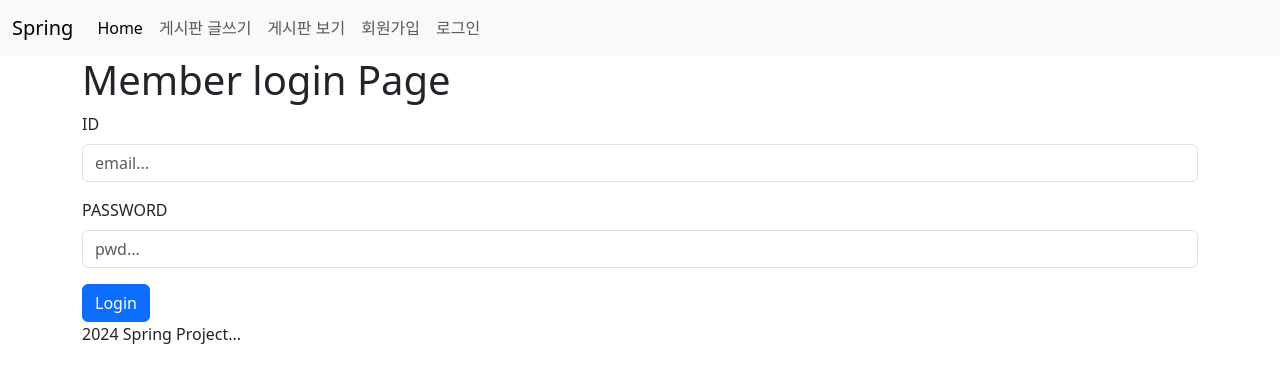
Repository: wanted2001/spring2_project
Page: http://localhost/spring_test2/WEB-INF/views/user/login.jsp
An editor plug-in stored every save of this project. The page is shown before and after the next save, followed by the edit.
The browser window is 1280 px wide. The pictures show the whole page.
The page is served by Tomcat 9. Nobody is signed in. Other server files are loaded and not shown. The template is opened directly, without the code that normally fills it, so the values that code supplies are empty.

Above is the page before, as saved 2024-05-08 05:34:40.

### spring_test2/src/main/webapp/WEB-INF/views/user/login.jsp
<%@ page language="java" contentType="text/html; charset=UTF-8"
	pageEncoding="UTF-8"%>
<%@ taglib uri="http://java.sun.com/jsp/jstl/core" prefix="c"%>
<jsp:include page="../layout/header.jsp" />
<div class="container-md">
	<h1>Member login Page</h1>
	<form action="/user/login" method="post">
		<div class="mb-3">
			<label for="i" class="form-label">ID</label> <input type="text"
				class="form-control" name="email" id="e" placeholder="email...">
		</div>
		<div class="mb-3">
			<label for="p" class="form-label">PASSWORD</label> <input
				type="password" class="form-control" name="pwd" id="p"
				placeholder="pwd...">
		</div>
		<c:if test="${not empty param.errMsg }">
			<div class="mb-3 text-danger">
				<c:choose>
					<c:when test="${param.errMsg eq 'Bad credentials'}">
						<c:set value="이메일 & 비밀번호가 일치하지 않습니다." var="errText"></c:set>
					</c:when>
					<c:otherwise>
						<c:set value="괸리자에게 문의하세요." var="errText"></c:set>
					</c:otherwise>
				</c:choose>
				${errText }
			</div>
		</c:if>

		<button type="submit" class="btn btn-primary">Login</button>
	</form>
</div>
<jsp:include page="../layout/footer.jsp" />

### spring_test2/src/main/webapp/WEB-INF/views/layout/header.jsp
<%@ page language="java" contentType="text/html; charset=UTF-8"
    pageEncoding="UTF-8"%>
<%@taglib uri="http://java.sun.com/jsp/jstl/core" prefix="c" %>
<%@taglib uri="http://www.springframework.org/security/tags" prefix="sec" %>
<!DOCTYPE html>
<html>
<head>
<meta charset="UTF-8">
<title>header.jsp</title>
<link href="/resources/css/bootstrap.min.css" rel="stylesheet"  crossorigin="anonymous">
<script src="/resources/js/bootstrap.bundle.min.js"  crossorigin="anonymous"></script>
</head>
<body>
<nav class="navbar navbar-expand-lg bg-body-tertiary">
  <div class="container-fluid">
    <a class="navbar-brand" href="/">Spring</a>
    <button class="navbar-toggler" type="button" data-bs-toggle="collapse" data-bs-target="#navbarSupportedContent" aria-controls="navbarSupportedContent" aria-expanded="false" aria-label="Toggle navigation">
      <span class="navbar-toggler-icon"></span>
    </button>
    <div class="collapse navbar-collapse" id="navbarSupportedContent">
      <ul class="navbar-nav me-auto mb-2 mb-lg-0">
        <li class="nav-item">
          <a class="nav-link active" aria-current="page" href="/">Home</a>
        </li>
        <li class="nav-item">
          <a class="nav-link" href="/board/register">게시판 글쓰기</a>
        </li>
        <li class="nav-item">
          <a class="nav-link" href="/board/list">게시판 보기</a>
        </li>
        <li class="nav-item">
          <a class="nav-link" href="/user/register">회원가입</a>
        </li>
        <li class="nav-item">
          <a class="nav-link" href="/user/login">로그인</a>
        </li>

       <%--  <c:if test="${ses.id ne null }">
        <li class="nav-item">
          <a class="nav-link" href="/user/logout">로그아웃</a>
        </li>
        <li class="nav-item">
          <a class="nav-link" href="/user/modify">${ses.id }(${ses.email }) welcome!!!</a>
        </li>
        </c:if> --%>
  	  </ul>
    </div>
  </div>
</nav>

### spring_test2/src/main/webapp/WEB-INF/views/layout/footer.jsp
<%@ page language="java" contentType="text/html; charset=UTF-8"
    pageEncoding="UTF-8"%>
<div class="container-md">
	2024 Spring Project...
</div>

</body>
</html>

Loaded but not shown: spring_test2/src/main/webapp/resources/css/bootstrap.min.css (library); spring_test2/src/main/webapp/resources/js/bootstrap.bundle.min.js (library)

After the next save:
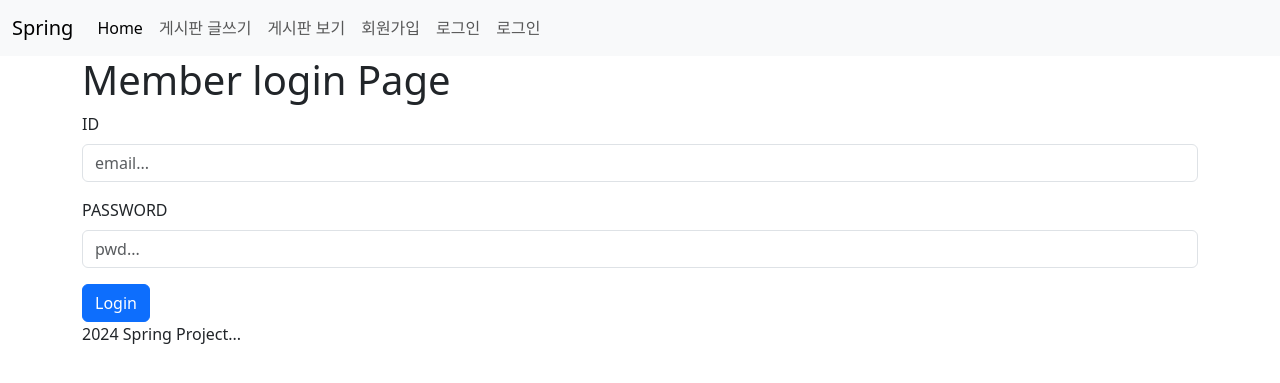
Saved 95 s later.
--- a/spring_test2/src/main/webapp/WEB-INF/views/layout/header.jsp
+++ b/spring_test2/src/main/webapp/WEB-INF/views/layout/header.jsp
@@ -34,6 +34,10 @@
         <li class="nav-item">
           <a class="nav-link" href="/user/login">로그인</a>
         </li>
+        <li class="nav-item">
+          <a class="nav-link" href="#">로그인</a>
+        </li>
+
 
        <%--  <c:if test="${ses.id ne null }">
         <li class="nav-item">
